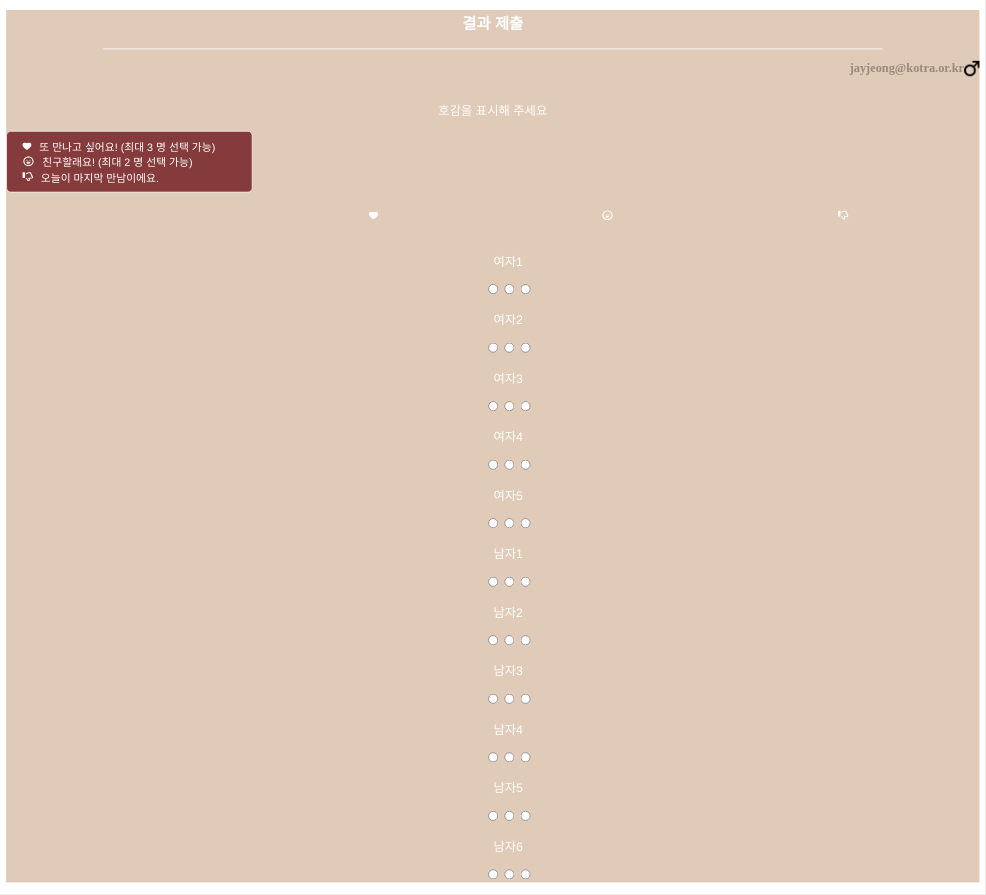
Repository: Jay-Jeong1988/speed_dating_pwa
Page: /submit_result
The author's editor kept a copy of each file at every save. The page is drawn from the files as they stood at one save, then again after the next save.
The browser window is 1280 px wide. The pictures show the whole page, at 77% of full size.
The project was rebuilt for these pictures with package versions that can differ from the ones it lists, and the page was loaded fresh each time. Also part of the build but not shown: vue.config.js, src/views/LoginPage.vue, src/views/DashBoard.vue, src/components/no_reservation_card.vue, src/views/BookedEventsPage.vue.

Above is the page before, as saved 2023-02-11 23:01:27.

After the next save:
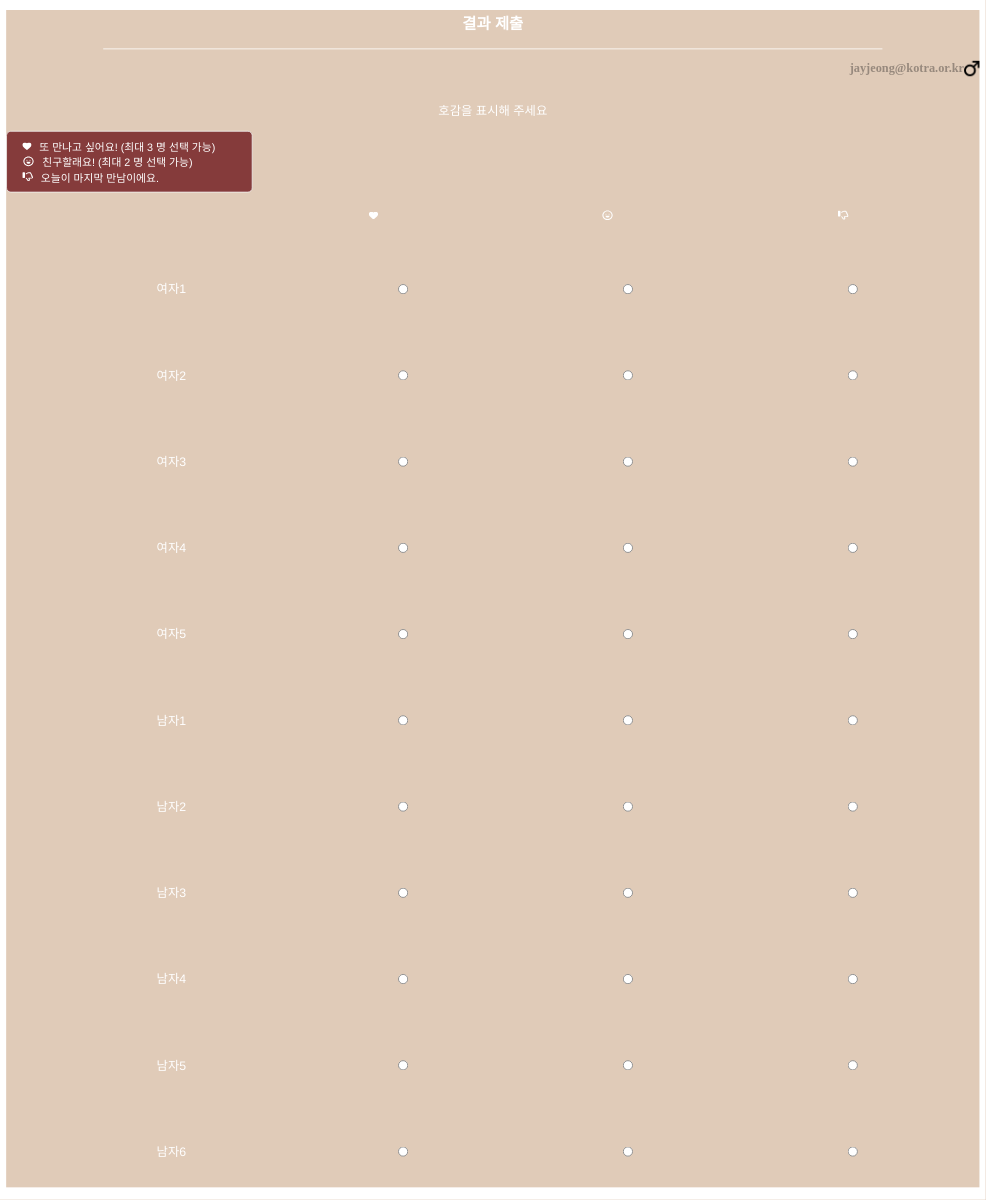
Saved 15 s later.
--- a/src/views/SubmitResultPage.vue
+++ b/src/views/SubmitResultPage.vue
@@ -91,6 +91,9 @@ export default {
   }
 }
 .participants-list-item {
-
+  display: flex;
+  justify-content: space-around;
+  align-items: center;
+  padding: 20px;
 }
 </style>
